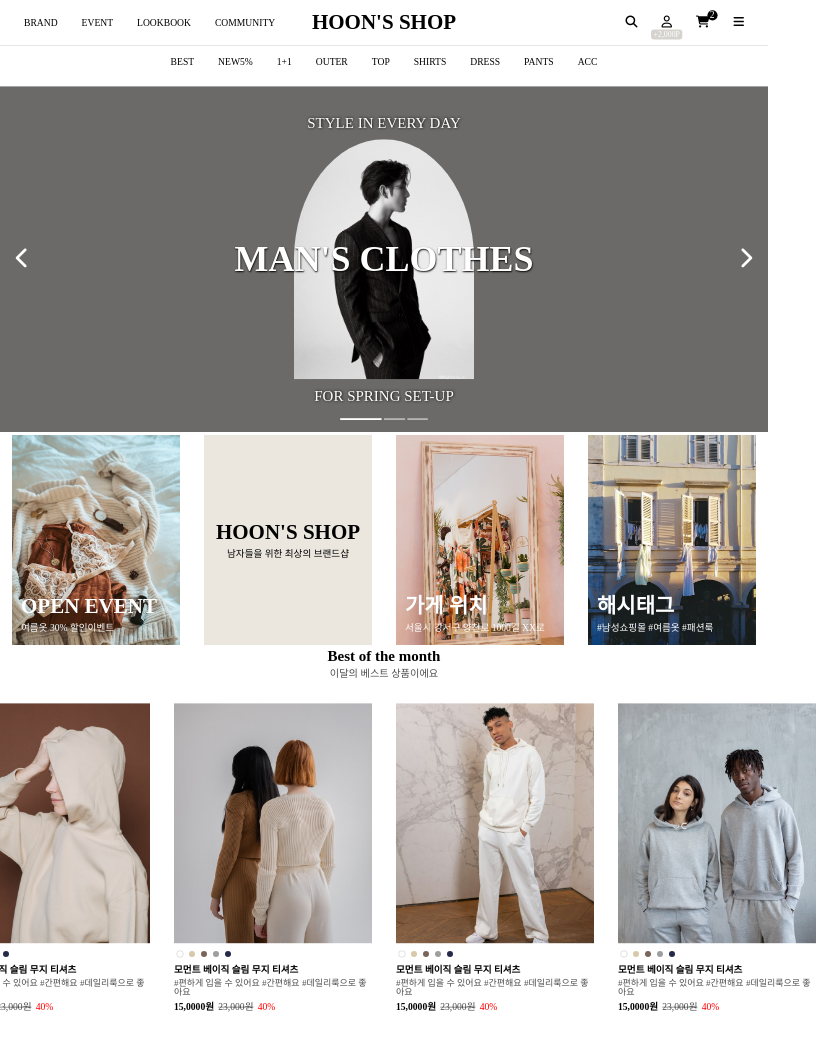
Repository: Iimchaehoon/cafeProject
Page: src/index.html
These files come from the project's save history. The page is drawn as it stood at one moment and after the next save; the edit follows.
The browser window is 1280 px wide. The page is 1380 px wide, so the pictures cover 1380 px, including what lies to the right of the window. The pictures show the whole page, at 60% of full size.
Some web fonts or font styles are not loaded; a fallback is used. Some web libraries are served in a nearby version.

Above is the page before, as saved 2024-07-24 22:36:59.

After the next save:
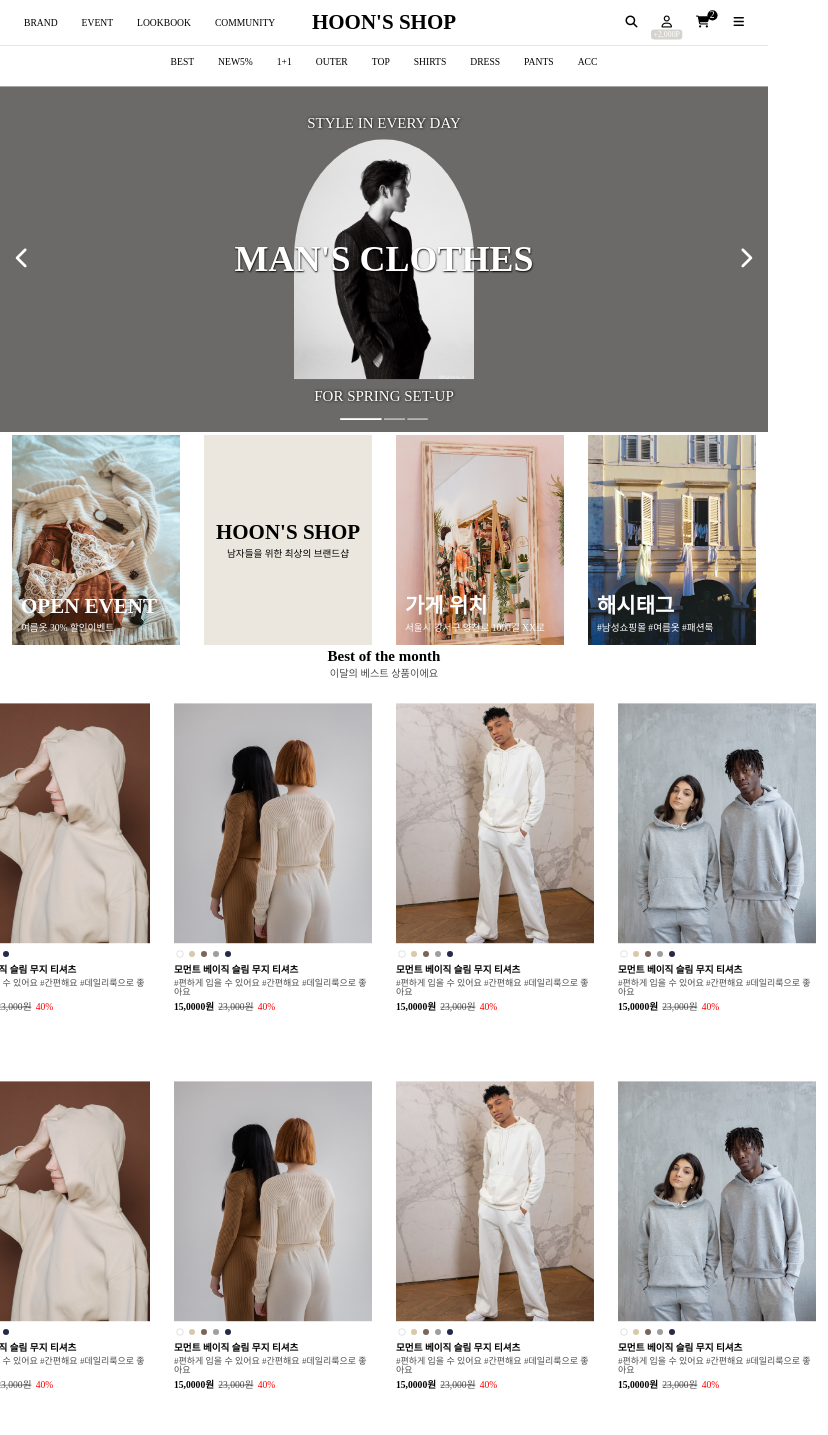
Saved 105 s later.
--- a/src/index.html
+++ b/src/index.html
@@ -283,6 +283,156 @@
           </div>
         </article>
       </div>
+      <div class="main__best-sub-container">
+        <article class="main__best-article">
+          <div class="main__article-img-container">
+            <img class="main__article-img" src="/assets/best-01.jpg" />
+          </div>
+          <div class="main__article-container">
+            <div
+              class="main__article-color-item main__article-color-item--01"
+            ></div>
+            <div
+              class="main__article-color-item main__article-color-item--02"
+            ></div>
+            <div
+              class="main__article-color-item main__article-color-item--03"
+            ></div>
+            <div
+              class="main__article-color-item main__article-color-item--04"
+            ></div>
+            <div
+              class="main__article-color-item main__article-color-item--05"
+            ></div>
+          </div>
+          <div class="main__article-container">
+            <h4 class="main__article-product-name">
+              모먼트 베이직 슬림 무지 티셔츠
+            </h4>
+          </div>
+          <div class="main__article-container">
+            <span class="main__article-product-description">
+              #편하게 입을 수 있어요 #간편해요 #데일리룩으로 좋아요
+            </span>
+          </div>
+          <div class="main__article-container">
+            <span class="main__article-total-price">15,0000원</span>
+            <small class="main__article-previous-price">23,000원</small>
+            <span class="main__article-discount-rate">40%</span>
+          </div>
+        </article>
+        <article class="main__best-article">
+          <div class="main__article-img-container">
+            <img class="main__article-img" src="/assets/best-02.jpg" />
+          </div>
+          <div class="main__article-container">
+            <div
+              class="main__article-color-item main__article-color-item--01"
+            ></div>
+            <div
+              class="main__article-color-item main__article-color-item--02"
+            ></div>
+            <div
+              class="main__article-color-item main__article-color-item--03"
+            ></div>
+            <div
+              class="main__article-color-item main__article-color-item--04"
+            ></div>
+            <div
+              class="main__article-color-item main__article-color-item--05"
+            ></div>
+          </div>
+          <div class="main__article-container">
+            <h4 class="main__article-product-name">
+              모먼트 베이직 슬림 무지 티셔츠
+            </h4>
+          </div>
+          <div class="main__article-container">
+            <span class="main__article-product-description">
+              #편하게 입을 수 있어요 #간편해요 #데일리룩으로 좋아요
+            </span>
+          </div>
+          <div class="main__article-container">
+            <span class="main__article-total-price">15,0000원</span>
+            <small class="main__article-previous-price">23,000원</small>
+            <span class="main__article-discount-rate">40%</span>
+          </div>
+        </article>
+        <article class="main__best-article">
+          <div class="main__article-img-container">
+            <img class="main__article-img" src="/assets/best-04.jpg" />
+          </div>
+          <div class="main__article-container">
+            <div
+              class="main__article-color-item main__article-color-item--01"
+            ></div>
+            <div
+              class="main__article-color-item main__article-color-item--02"
+            ></div>
+            <div
+              class="main__article-color-item main__article-color-item--03"
+            ></div>
+            <div
+              class="main__article-color-item main__article-color-item--04"
+            ></div>
+            <div
+              class="main__article-color-item main__article-color-item--05"
+            ></div>
+          </div>
+          <div class="main__article-container">
+            <h4 class="main__article-product-name">
+              모먼트 베이직 슬림 무지 티셔츠
+            </h4>
+          </div>
+          <div class="main__article-container">
+            <span class="main__article-product-description">
+              #편하게 입을 수 있어요 #간편해요 #데일리룩으로 좋아요
+            </span>
+          </div>
+          <div class="main__article-container">
+            <span class="main__article-total-price">15,0000원</span>
+            <small class="main__article-previous-price">23,000원</small>
+            <span class="main__article-discount-rate">40%</span>
+          </div>
+        </article>
+        <article class="main__best-article">
+          <div class="main__article-img-container">
+            <img class="main__article-img" src="/assets/best-05.jpg" />
+          </div>
+          <div class="main__article-container">
+            <div
+              class="main__article-color-item main__article-color-item--01"
+            ></div>
+            <div
+              class="main__article-color-item main__article-color-item--02"
+            ></div>
+            <div
+              class="main__article-color-item main__article-color-item--03"
+            ></div>
+            <div
+              class="main__article-color-item main__article-color-item--04"
+            ></div>
+            <div
+              class="main__article-color-item main__article-color-item--05"
+            ></div>
+          </div>
+          <div class="main__article-container">
+            <h4 class="main__article-product-name">
+              모먼트 베이직 슬림 무지 티셔츠
+            </h4>
+          </div>
+          <div class="main__article-container">
+            <span class="main__article-product-description">
+              #편하게 입을 수 있어요 #간편해요 #데일리룩으로 좋아요
+            </span>
+          </div>
+          <div class="main__article-container">
+            <span class="main__article-total-price">15,0000원</span>
+            <small class="main__article-previous-price">23,000원</small>
+            <span class="main__article-discount-rate">40%</span>
+          </div>
+        </article>
+      </div>
     </section>
   </body>
 </html>
